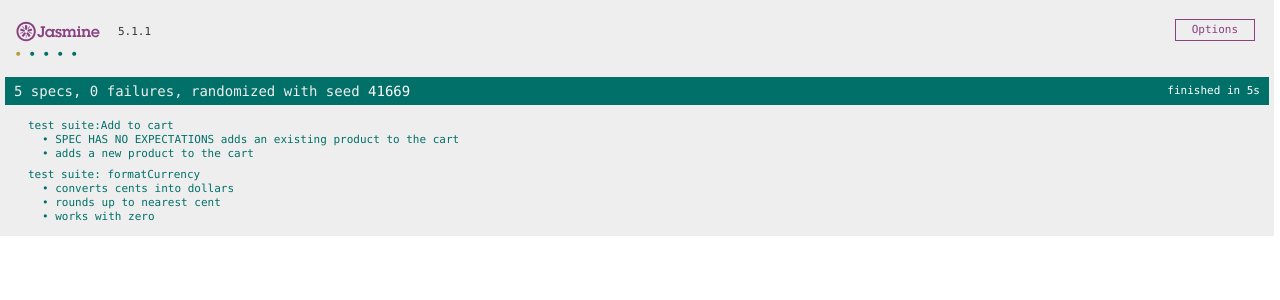
Repository: Srikeerthi05/Amazon-project
Page: tests-jasmine/tests.html
These files come from the project's save history. The page is drawn as it stood at one moment and after the next save; the edit follows.
The browser window is 1280 px wide. The pictures show the whole page.

Above is the page before, as saved 2025-05-25 13:41:01.

### tests-jasmine/tests.html
<!DOCTYPE html>
<html>
<head>
  <meta charset="utf-8">
  <title>Jasmine Spec Runner v5.1.1</title>

  <link rel="shortcut icon" type="image/png" href="lib/jasmine-5.1.1/jasmine_favicon.png">
  <link rel="stylesheet" href="lib/jasmine-5.1.1/jasmine.css">

  <script src="lib/jasmine-5.1.1/jasmine.js"></script>
  <script src="lib/jasmine-5.1.1/jasmine-html.js"></script>
  <script src="lib/jasmine-5.1.1/boot0.js"></script>
  <!-- optional: include a file here that configures the Jasmine env -->
  <script src="lib/jasmine-5.1.1/boot1.js"></script>


  <script src="utils/moneyTest.js" type="module"></script>
  <script src="data/cartTest.js" type="module"></script>

</head>

<body>
</body>
</html>

### tests-jasmine/utils/moneyTest.js
import {formatCurrency} from '../../scripts/utils/money.js';

describe('test suite: formatCurrency',()=>{
    it('converts cents into dollars',()=>{
        expect(formatCurrency(2095)).toEqual('20.95');
    })
    it('works with zero',()=>{
        expect(formatCurrency(0)).toEqual('0.00');
    })
    it('rounds up to nearest cent',()=>{
        expect(formatCurrency(2000.5)).toEqual('20.01');
    })
})

### tests-jasmine/data/cartTest.js
import {addToCart,cart, loadFromStorage} from '../../data/cart.js';

describe('test suite:Add to cart',()=>{
    it('adds an existing product to the cart',()=>{

    });

    it('adds a new product to the cart',()=>{
        spyOn(localStorage,'setItem');


        spyOn(localStorage,'getItem').and.callFake(()=>{
            return JSON.stringify([]);
        });

        loadFromStorage();

        addToCart('e43638ce-6aa0-4b85-b27f-e1d07eb678c6');
        expect(cart.length).toEqual(1);
        expect(localStorage.setItem).toHaveBeenCalledTimes(1);
        expect(cart[0])
    });


});

### scripts/utils/money.js
export  function formatCurrency(priceCents){
    return (Math.round(priceCents)/100).toFixed(2);
}
export default formatCurrency;

### data/cart.js
export let cart;

loadFromStorage()
export function loadFromStorage(){

     cart=JSON.parse(localStorage.getItem('cart'));

if(!cart){
    cart=[{
   productId:'e43638ce-6aa0-4b85-b27f-e1d07eb678c6',
   quantity:2,
   deliveryOptionId:'1'
},{
    productId:'15b6fc6f-327a-4ec4-896f-486349e85a3d',
    quantity: 1,
    deliveryOptionId:'2'
}
];

}
}

function saveToStorage(){
    localStorage.setItem('cart',JSON.stringify(cart));
}




export function addToCart(productId){
     let matchingItem;

     cart.forEach((cartItem)=>{
      if(productId===cartItem.productId){
        matchingItem=cartItem;
      }
     });;
     if(matchingItem){
      matchingItem.quantity+=1;
     }
     else{
      cart.push({
      productId: productId,
      quantity: 1,
      deliveryOptionId:'1'
     });
     }

     saveToStorage();

}

export function removeFromCart(productId){
    const newCart=[];
    cart.forEach((cartItem)=>{
        if(cartItem.productId!==productId){
            newCart.push(cartItem);
        }
    });

    cart =newCart;

    saveToStorage();
}

export function updateDeliveryOption(productID, deliveryOptionId){
    let matchingItem;

     cart.forEach((cartItem)=>{
      if(productID===cartItem.productId){
        matchingItem=cartItem;
      }
     });


     matchingItem.deliveryOptionId=deliveryOptionId;
     saveToStorage();
}

Loaded but not shown: tests-jasmine/lib/jasmine-5.1.1/jasmine.css (library); tests-jasmine/lib/jasmine-5.1.1/jasmine.js (library); tests-jasmine/lib/jasmine-5.1.1/jasmine-html.js (library); tests-jasmine/lib/jasmine-5.1.1/boot0.js (common file); tests-jasmine/lib/jasmine-5.1.1/boot1.js (library)

After the next save:
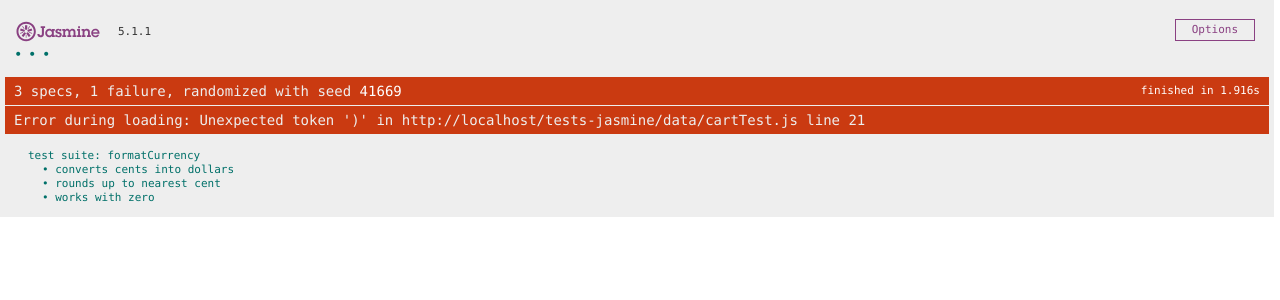
Console error: SyntaxError: Unexpected token ')'
Saved 14 s later.
--- a/tests-jasmine/data/cartTest.js
+++ b/tests-jasmine/data/cartTest.js
@@ -18,7 +18,7 @@
         addToCart('e43638ce-6aa0-4b85-b27f-e1d07eb678c6');
         expect(cart.length).toEqual(1);
         expect(localStorage.setItem).toHaveBeenCalledTimes(1);
-        expect(cart[0])
+        expect(cart[0)
     });
 
 

After the 3 saves that followed:
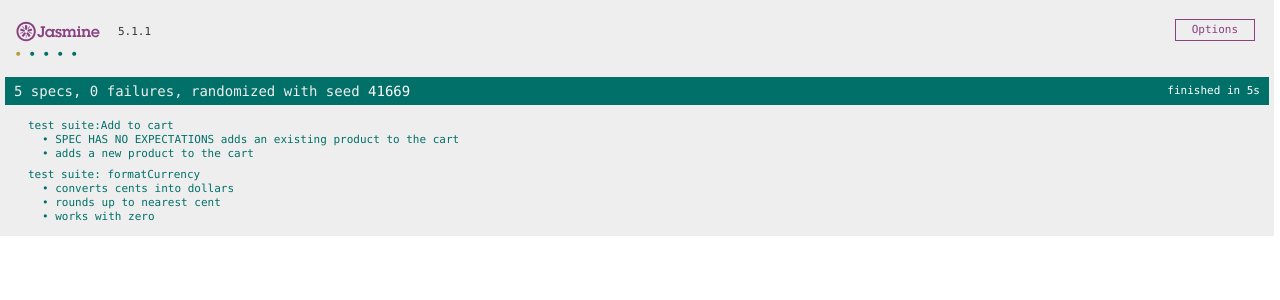
The error is gone.
The 3 saves are shown as one change because they came seconds apart.
The last was saved 10 s later.
--- a/tests-jasmine/data/cartTest.js
+++ b/tests-jasmine/data/cartTest.js
@@ -18,7 +18,7 @@
         addToCart('e43638ce-6aa0-4b85-b27f-e1d07eb678c6');
         expect(cart.length).toEqual(1);
         expect(localStorage.setItem).toHaveBeenCalledTimes(1);
-        expect(cart[0)
+        expect(cart[0].productId)
     });
 
 
